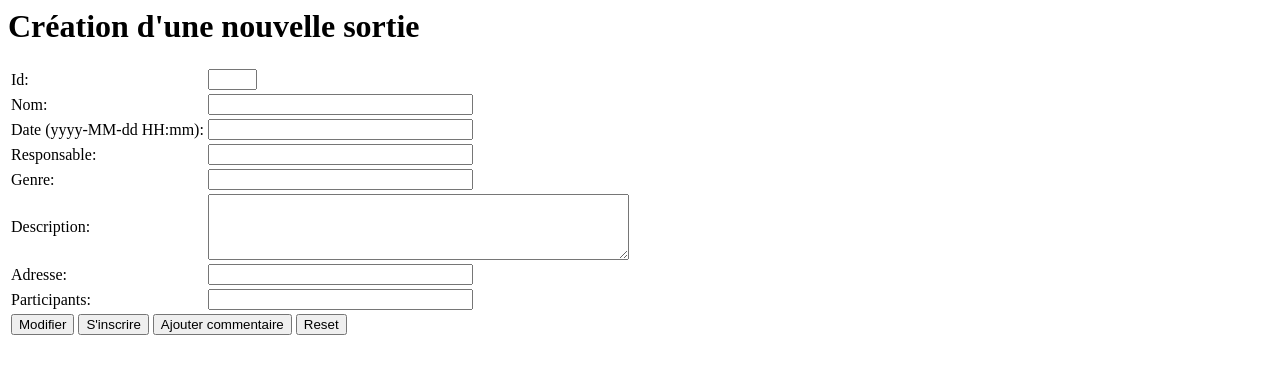
Repository: JulesThuillier/INF3710---TP4
Page: http://localhost/TP4/update.jsp
The author's editor kept a copy of each file at every save. The page is drawn from the files as they stood at one save, then again after the next save.
The browser window is 1280 px wide. The pictures show the whole page.
The page is served by Tomcat 9.

Above is the page before, as saved 2015-11-21 04:33:06.

### TP4/TP4/WebContent/update.jsp
<%@ page import="java.util.*" %>
<html>
<head>
    <title>Création d'une nouvelle sortie</title>
</head>
<body>
    <h1>Création d'une nouvelle sortie</h1>
    <form name="sortie" action="sortie" method="post">
    <table>
        <tr>
            <td>Id:</td>
            <td><input type="text" name="id" size="3" maxlength="3"></td>
        </tr>
        <tr>
            <td>Nom:</td>
            <td><input type="text" name="nom" size="30" maxlength="80"></td>
        </tr>
        <tr>
            <td>Date (yyyy-MM-dd HH:mm):</td>
            <td><input type="text" name="date" size="30" maxlength="80"></td>
        </tr>
        <tr>
            <td>Responsable:</td>
            <td><input type="text" name="responsable" size="30" maxlength="80"></td>
        </tr>
        <tr>
            <td>Genre:</td>
            <td><input type="text" name="genre" size="30" maxlength="80"></td>
        </tr>
        <tr>
            <td>Description:</td>
            <td><textarea name="description" rows="4" cols="50"></textarea></td>
        </tr>
        <tr>
            <td>Adresse:</td>
            <td><input type="text" name="adresse" size="30" maxlength="80"></td>
        </tr>
        <tr>
            <td>Participants:</td>
            <td><input type="text" name="participantsMax" size="30" maxlength="2"></td>
        </tr>
        <tr>
            <td colspan="2">
            	<input type="submit" value="Modifier" name="update">
            	<input type="submit" value="S'inscrire" name="suscribe">
				<input type="submit" value="Ajouter commentaire" name="comment">
				<input type="reset" value="Reset">
            </td>
        </tr>
    </table>
    </form>
</body>
</html>

After the next save:
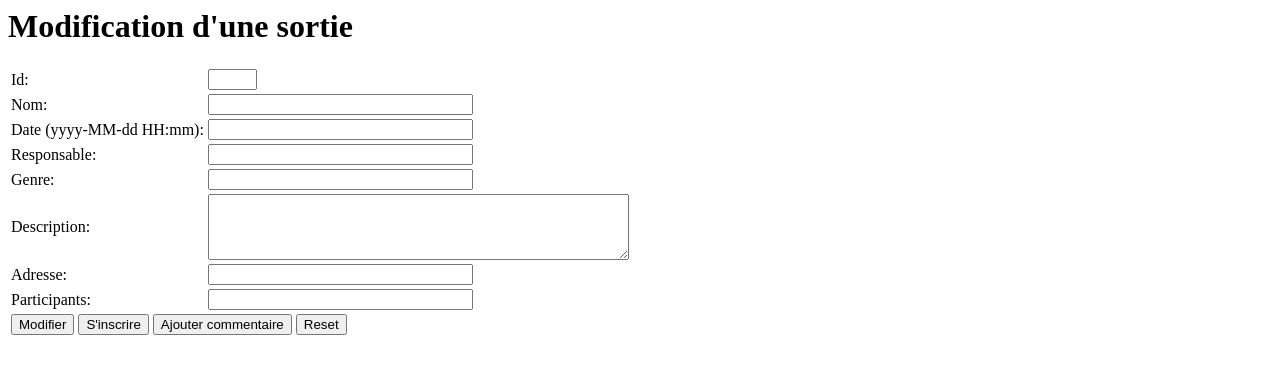
Saved 29 s later.
--- a/TP4/TP4/WebContent/update.jsp
+++ b/TP4/TP4/WebContent/update.jsp
@@ -1,10 +1,10 @@
 <%@ page import="java.util.*" %>
 <html>
 <head>
-    <title>Création d'une nouvelle sortie</title>
+    <title>Modification d'une sortie</title>
 </head>
 <body>
-    <h1>Création d'une nouvelle sortie</h1>
+    <h1>Modification d'une sortie</h1>
     <form name="sortie" action="sortie" method="post">
     <table>
         <tr>
